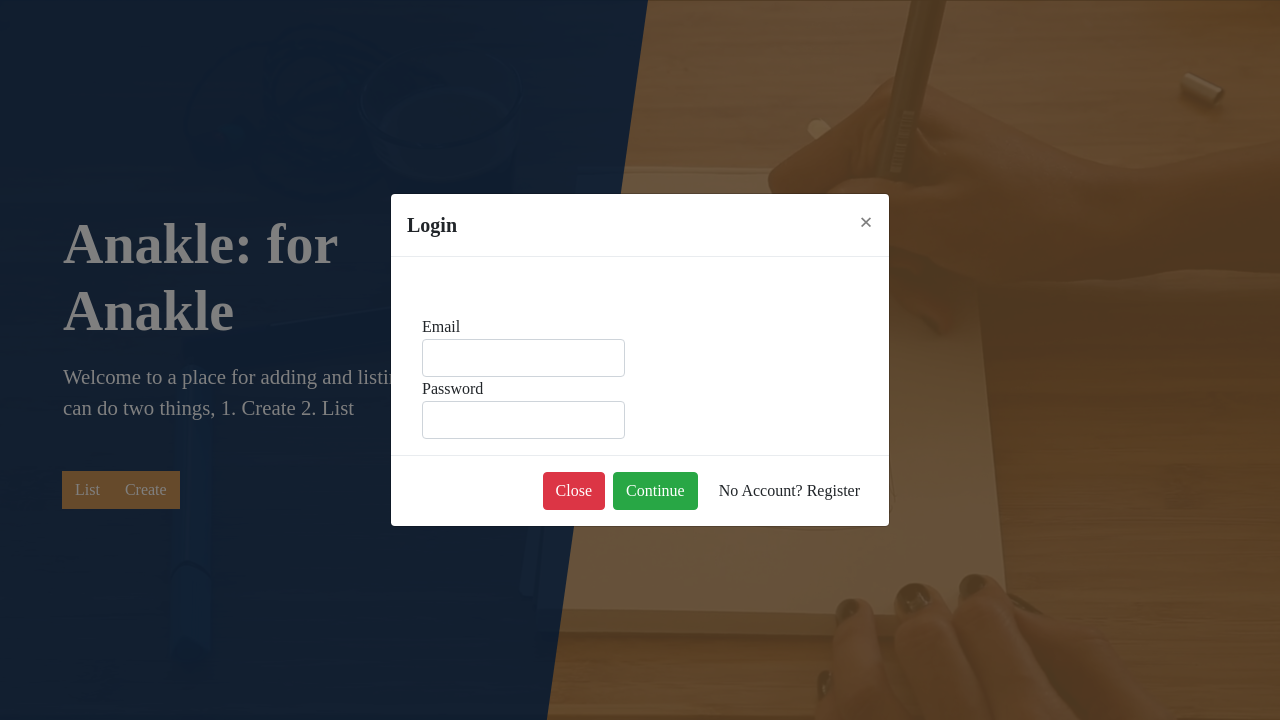
Repository: Guruscode/mega-list
Page: http://localhost/
These files come from the project's save history. The page is drawn as it stood at one moment and after the next save; the edit follows.
The browser window is 1280 px wide. The pictures show the whole page.
After loading, the first visible `a.pull-right` was clicked once.
Some web fonts or font styles are not loaded; a fallback is used. The page is run by PHP 8.4 with error messages shown; the project is at /var/www/html/.

Above is the page before, as saved 2018-02-22 21:14:57.
Console error: TypeError: Cannot read properties of undefined (reading 'fn')

After the next save:
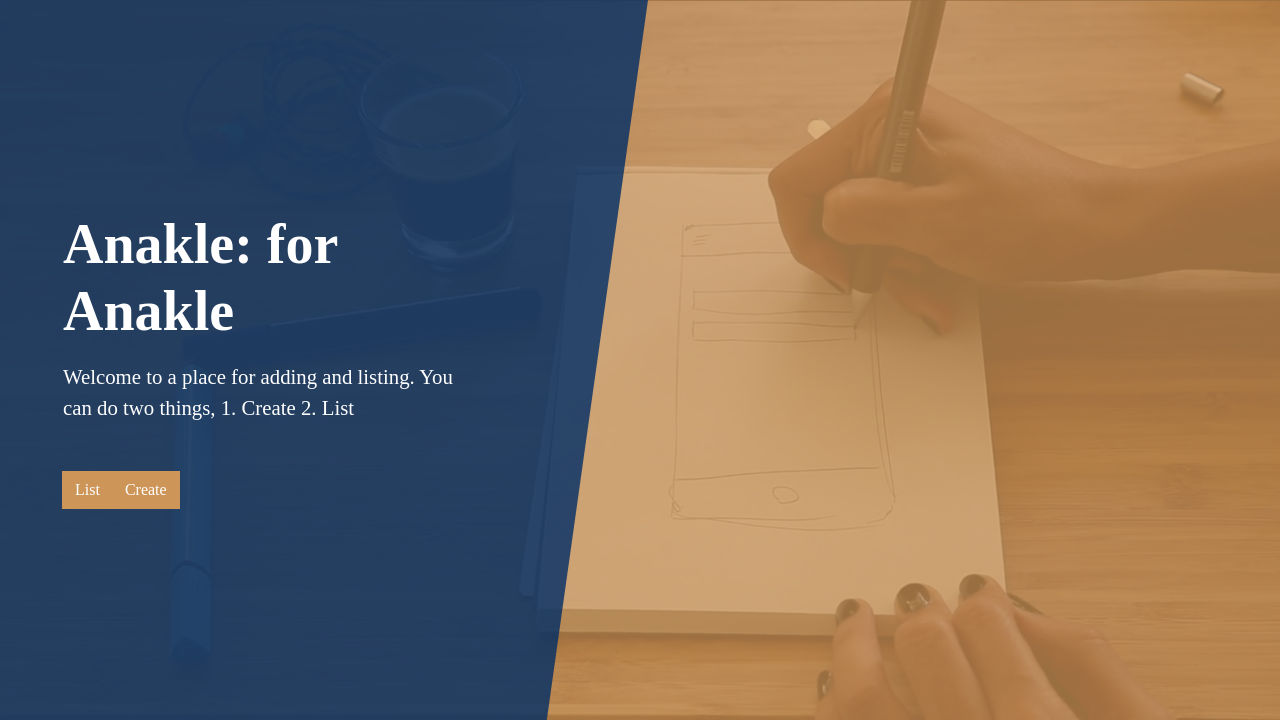
Saved 9 s later.
--- a/index.php
+++ b/index.php
@@ -127,155 +127,7 @@
 <script src="js/welcome.min.js"></script>
 
 <script>
-    $( document ).ready(function() {
-        $("#name-box-1").hide();
-        $("#name-box-2").hide();
-    });
-    function checklogin(){
 
-        $.ajax('checkuserlogin.php', {
-            data: {
-                id: null
-            }
-        })
-        .then(
-            function success(response) {
-                if(response == 'yes'){
-                    console.log('display add form');
-                    $('#add_modal').click();
-                }else{
-
-                    $('#login_modal').click();
-                }
-
-            },
-
-            function fail(data, status) {
-                alert(status);
-            }
-        );
-
-    }
-
-    function logout(){
-
-        $.ajax('logout.php', {
-            data: {
-                id: null
-            }
-        })
-        .then(
-            function success(response) {
-                $('#logoutbutton').hide();
-
-                console.log(response);
-            },
-
-            function fail(data, status) {
-                alert(status);
-            }
-        );
-
-        }
-
-    function loginOrRegister(){
-
-        var name = $('#name').val();
-        var email = $('#email').val();
-        var password = $('#password').val();
-
-        $.ajax('loginorregister.php',{
-            method: 'POST',
-            data: {
-                name: name,
-                email: email,
-                password: password
-            }
-        })
-        .then(
-            function success(response) {
-                if(response =='done'){
-                    $('#message').addClass("alert-success");
-                    $('#message').removeClass("alert-error");
-                    $('#message').html("Success!");
-                    $('#logoutbutton').show();
-                    $('#lf_close').click();
-
-                }else{
-                    $('#message').addClass("alert-danger");
-                    $('#message').removeClass("alert-success");
-                    $('#message').html("Invalid Username or Password")
-                }
-
-            },
-
-            function fail(data, status) {
-                alert(status);
-            }
-        );
-
-    }
-
-
-    function addStore(){
-        console.log('inside');
-        var store_name = $('#store_name').val();
-        var store_address = $('#store_address').val();
-
-        $.ajax('store.php',{
-            method: 'POST',
-            data: {
-                store_name: store_name,
-                store_address: store_address
-            }
-        })
-        .then(
-            function success(response) {
-                console.log(response);
-                if(response =='done'){
-                    $('#store-message').addClass("alert-success");
-                    $('#store-message').removeClass("alert-error");
-                    $('#store-message').html("Store Created");
-                    $('#store_name').val('');
-                    $('#store_address').val('');
-                    // $('#add_close').click();
-                }else{
-                    $('#store-message').addClass("alert-danger");
-                    $('#store-message').removeClass("alert-success");
-                    $('#store-message').html("Invalid Username or Password")
-                }
-
-            },
-
-            function fail(data, status) {
-                alert(status);
-            }
-        );
-
-        }
-
-    function switchForm(n){
-
-        if(n == '2'){
-
-            // open login form
-            //close register form
-            $("#name-box-1").hide();
-            $("#name-box-2").hide();
-            $('#name').val('');
-            $("#account-notice").html("<a class='btn btn-default'  onclick='switchForm(1)'>No Account? Register</a>");
-
-        }else{
-
-            //open register form
-            //close login form
-            $("#name-box-1").show();
-            $("#name-box-2").show();
-            $("#account-notice").html("<a class='btn btn-default'  onclick='switchForm(2)'>Have Account? Login</a>");
-
-        }
-
-    }
 
 </script>
 
